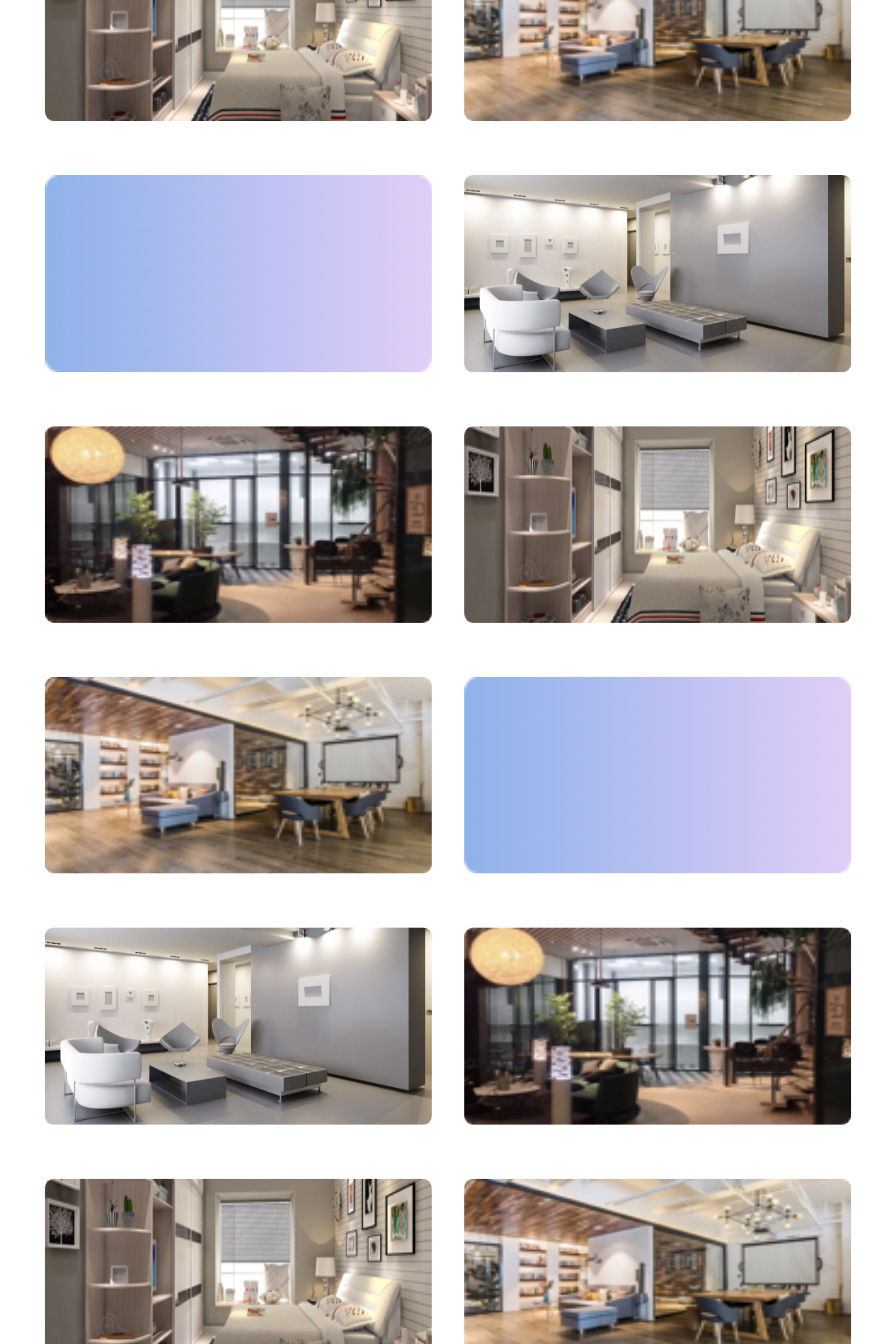
Repository: missing-star/rockBridge
Page: shop-set-bg.html
The author's editor kept a copy of each file at every save. The page is drawn from the files as they stood at one save, then again after the next save.
The browser window is 1280 px wide. The pictures show the part of the page from y = 1017 to 2937 px (the page is 3539 px tall before and 1747 px after), at 70% of full size.

Above is the page before, as saved 2019-05-17 15:31:28.

After the next save:
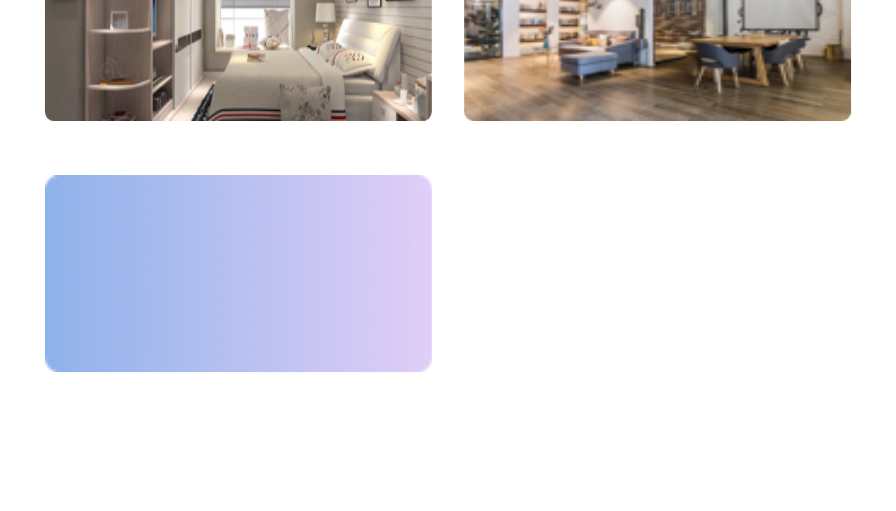
Saved 9 s later.
--- a/js/common.js
+++ b/js/common.js
@@ -41,7 +41,7 @@ function getParams() {
 var rootUrl = 'http://dieshiqiao.pzhkj.cn';
 
 // 商家可选背景图列表
-var bgList = [1,2,3,4,5,1,2,3,4,5,1,2,3,4,5];
+var bgList = [1,2,3,4,5];
 
 // 当前商家背景图下标
 var currentBg = 0;
